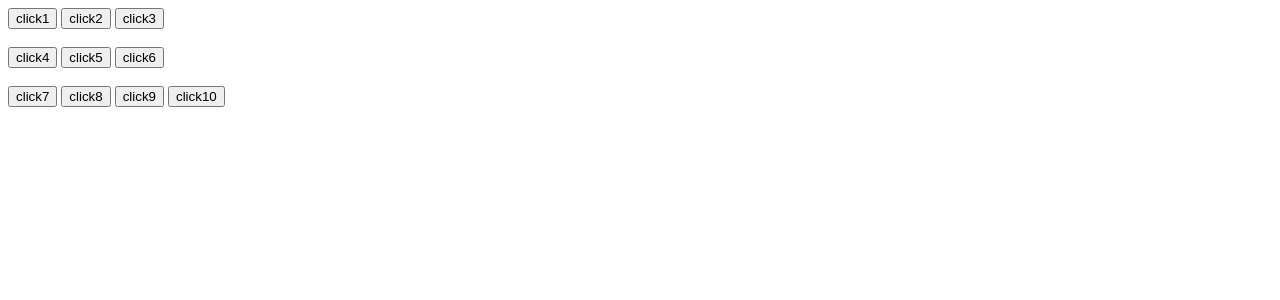
Repository: hong-bi/JsonStudy
Page: JsonApp01/WebContent/JsonTest10.html
These files come from the project's save history. The page is drawn as it stood at one moment and after the next save; the edit follows.
The browser window is 1280 px wide. The pictures show the whole page.

Above is the page before, as saved 2019-05-31 07:01:26.

### JsonApp01/WebContent/JsonTest10.html
<meta charset="UTF-8">
<script type="text/javascript">

	var obj6 =
	[
		"test"
	]

	var obj6_1 =
	[
		"test1","test2"
	]

	var obj6_2 =
	[
		"test1","test2",123, 123+1
	]


</script>

<form>

	<input type="button" value="click1" onclick="alert(obj6)">
	<input type="button" value="click2" onclick="alert(obj6_1)">
	<input type="button" value="click3" onclick="alert(obj6_2)">

	<br><br>

	<input type="button" value="click4" onclick="alert(typeof obj6)">
	<input type="button" value="click5" onclick="alert(typeof obj6_1)">
	<input type="button" value="click6" onclick="alert(typeof obj6_2)">
	<br><br>

	<input type="button" value="click7" onclick="alert(obj6[0])">

	<input type="button" value="click8" onclick="alert(typeof obj6[0])">

	<input type="button" value="click9" onclick="alert(obj6[1])">

	<input type="button" value="click10" onclick="alert(obj6_1[0])">


</form>

After the next save:
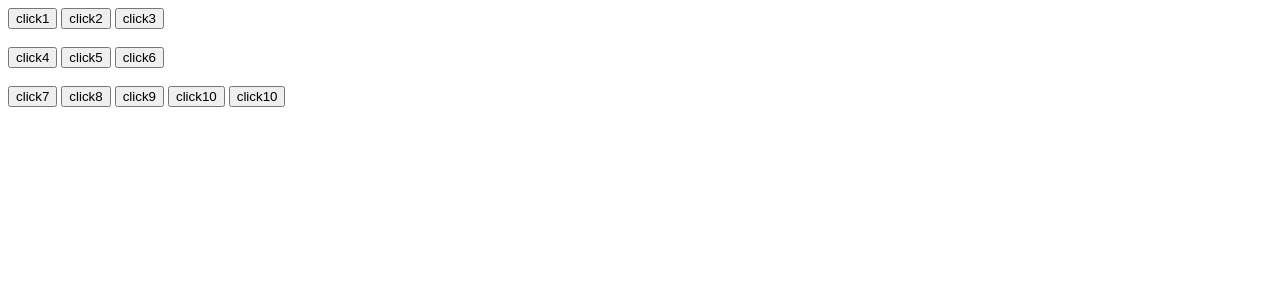
Saved 6 s later.
--- a/JsonApp01/WebContent/JsonTest10.html
+++ b/JsonApp01/WebContent/JsonTest10.html
@@ -39,6 +39,7 @@
 	<input type="button" value="click9" onclick="alert(obj6[1])">
 
 	<input type="button" value="click10" onclick="alert(obj6_1[0])">
+	<input type="button" value="click10" onclick="alert(obj6_1[2])">
 
 
 </form>
